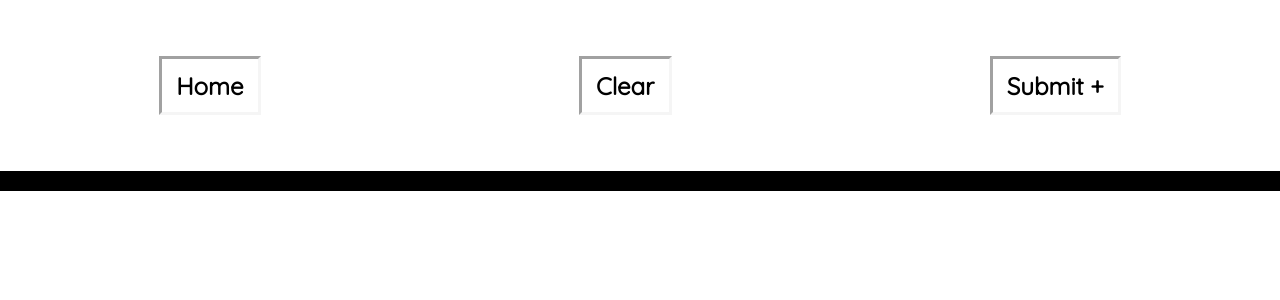
Repository: rickypcyt/WebMural
Page: /
These files come from the project's save history. The page is drawn as it stood at one moment and after a run of saves; the edit follows.
The browser window is 1280 px wide. The pictures show the whole page.
The project was rebuilt for these pictures with package versions that can differ from the ones it lists, and the page was loaded fresh each time.

Above is the page before, as saved 2022-09-12 13:33:19.

After the next 2 saves:
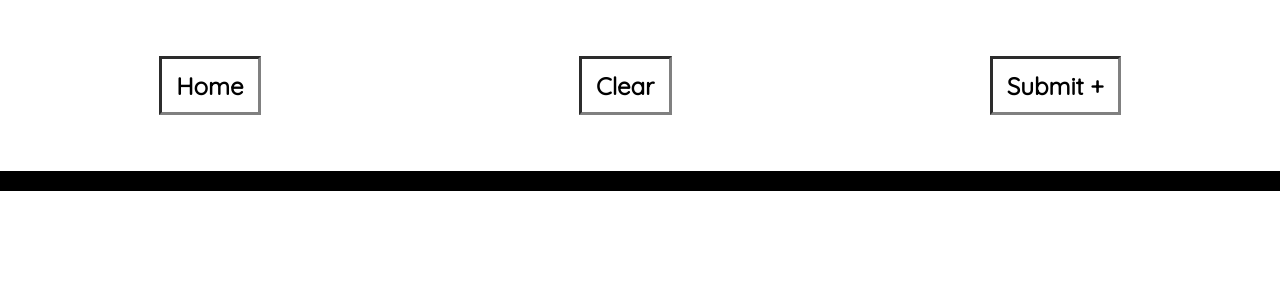
The 2 saves are shown as one change because they came seconds apart.
The last was saved 7 s later.
--- a/src/index.css
+++ b/src/index.css
@@ -61,7 +61,7 @@ ol {
 .oli {
   font-weight: bold;
   border-style: inset;
-  border-color: whitesmoke;
+  border-color: gray;
 
   font-size: x-large;
   padding: 1ch;
